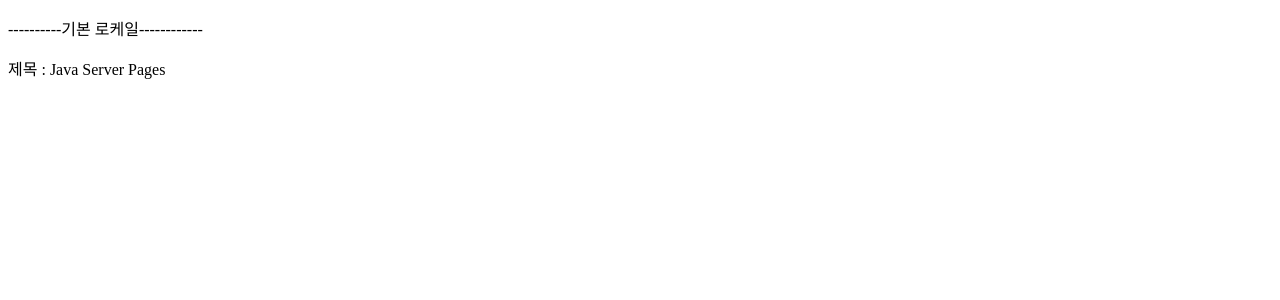
Repository: Pen-nek/Java_original
Page: http://localhost/JspBook/ch09/jstl_fmt01.jsp
These files come from the project's save history. The page is drawn as it stood at one moment and after the next save; the edit follows.
The browser window is 1280 px wide. The pictures show the whole page.
The page is served by Tomcat 9. Nobody is signed in. The application's start-up code is not run. Other server files are loaded and not shown.

Above is the page before, as saved 2019-08-23 03:15:55.

### JspBook/WebContent/ch09/jstl_fmt01.jsp
<%@ page language="java" contentType="text/html; charset=UTF-8"
    pageEncoding="UTF-8"%>
<%@ taglib prefix="fmt" uri="http://java.sun.com/jsp/jstl/fmt" %>

<!DOCTYPE html>
<html>

<head>
	<meta charset="UTF-8">
	<title>Insert title here</title>
</head>

<body>
	<p>----------기본 로케일------------
		<fmt:setBundle basename="bundle.myBundle" var="resourceBundle" />	<%-- basename:프로퍼티 파일 주소. var : 프로퍼티 이름 지정 --%>
	<p> 제목 : <fmt:message key="title" bundle="${resourceBundle}" />
	<p> <fmt:message key="username" var="userMsg" bundle="${resourceBundle}" />
</body>

</html>

After the next save:
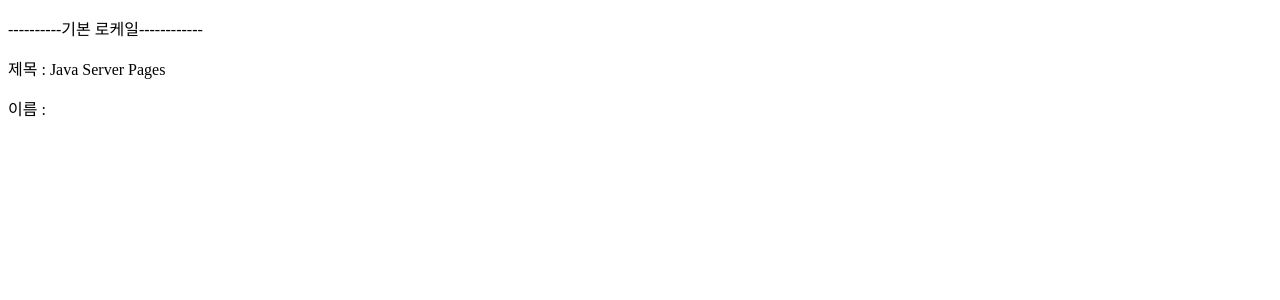
Saved 88 s later.
--- a/JspBook/WebContent/ch09/jstl_fmt01.jsp
+++ b/JspBook/WebContent/ch09/jstl_fmt01.jsp
@@ -15,6 +15,7 @@
 		<fmt:setBundle basename="bundle.myBundle" var="resourceBundle" />	<%-- basename:프로퍼티 파일 주소. var : 프로퍼티 이름 지정 --%>
 	<p> 제목 : <fmt:message key="title" bundle="${resourceBundle}" />
 	<p> <fmt:message key="username" var="userMsg" bundle="${resourceBundle}" />
+	이름 : ${unserMsg}
 </body>
 
 </html>
